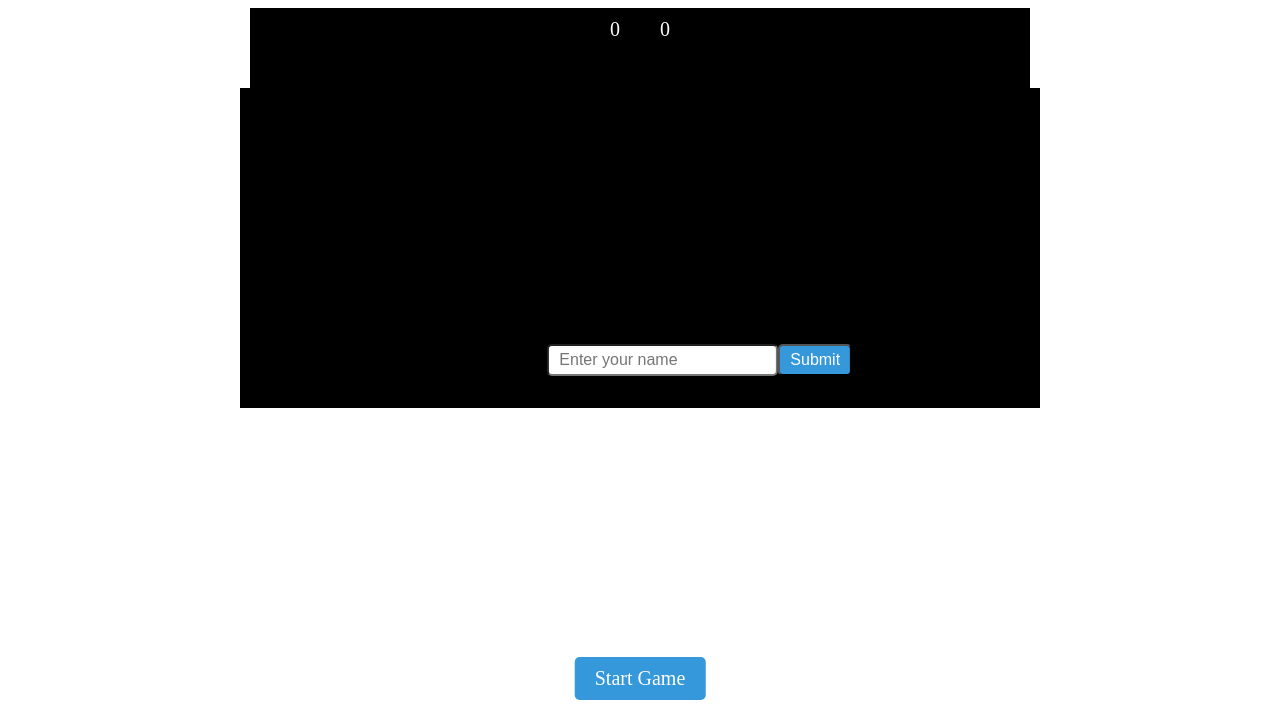
Repository: SiPilip/PingPong-basicJS
Page: index.html
These files come from the project's save history. The page is drawn as it stood at one moment and after the next save; the edit follows.
The browser window is 1280 px wide. The pictures show the whole page.

Above is the page before, as saved 2023-05-30 11:18:54.

After the next save:
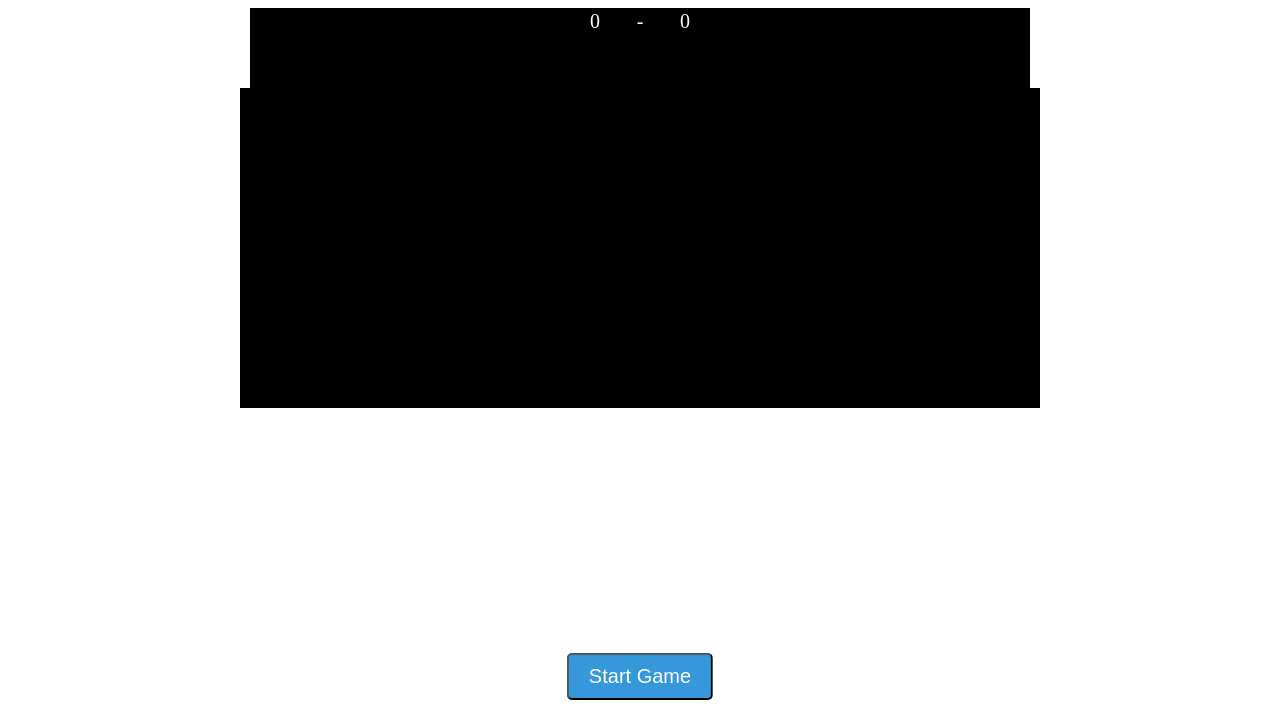
Console error: TypeError: Cannot read properties of null (reading 'addEventListener')
Saved 19 s later.
--- a/index.html
+++ b/index.html
@@ -7,25 +7,22 @@
 </head>
 
 <body>
-    <div id="pong">
-        <div id="paddleA"></div>
-        <div id="paddleB"></div>
-        <div id="ball"></div>
+    <div class="loading-screen" id="loading-screen">
+        <span class="loading-text">Loading...</span>
+    </div>
+    <div class="game-container">
+        <div id="pong">
+            <div id="paddleA"></div>
+            <div id="paddleB"></div>
+            <div id="ball"></div>
+        </div>
         <div id="scoreboard">
-            <span id="playerA-score" class="player-score">0</span>
-            <span id="playerB-score" class="player-score">0</span>
+            <span id="playerA-score">0</span>
+            <span>-</span>
+            <span id="playerB-score">0</span>
         </div>
+        <button id="start-button" disabled>Start Game</button>
     </div>
-    <div id="loading-screen">
-        <div class="loader"></div>
-    </div>
-    <div id="start-button">Start Game</div>
-    <div id="name-input">
-        <label for="player-name">Player Name:</label>
-        <input type="text" id="player-name" placeholder="Enter your name">
-        <button id="submit-button">Submit</button>
-    </div>
-
     <script src="script.js"></script>
 </body>
 
